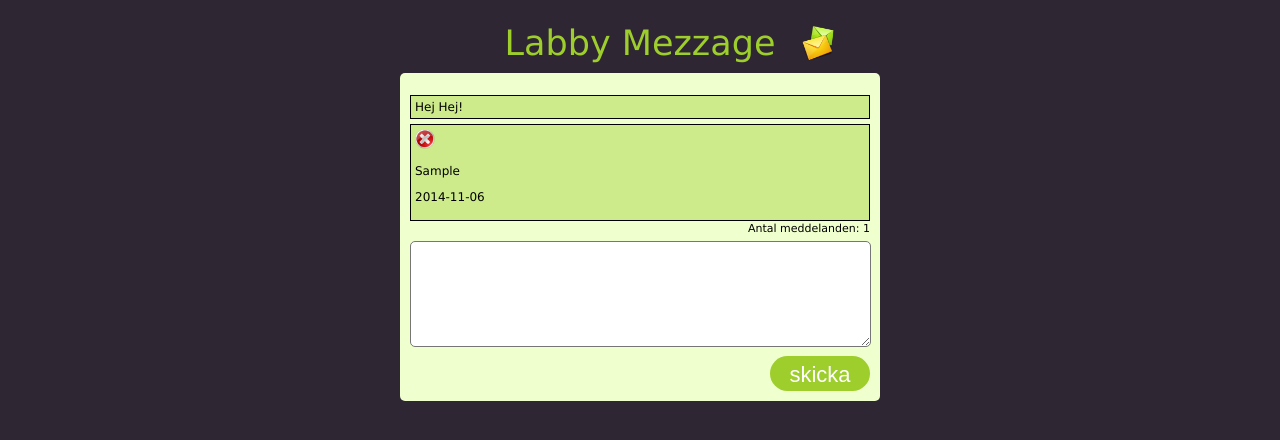
Repository: ad222kr/1dv403-laborationer
Page: 2-labbymezzage/index.html
The author's editor kept a record of every edit. The page is drawn from the files as they stood at one moment, then again after the next edit.
The browser window is 1280 px wide. The pictures show the whole page.
Empty fields were first filled with sample values (such as "Sample", 5 or name@example.com).
After loading, the first visible `#button` was clicked once.

Above is the page before.

### 2-labbymezzage/index.html
<!DOCTYPE HTML>
<html lang="sv">
    <head>
        <meta charset="UTF-8" />
        <title>Laboration 2 - Labby Mezzage!</title>
        <link rel="stylesheet" href="css/style.css" />
        <script src="js/Message.js"></script>
        <script src="js/MessageBoard.js"></script>

    </head>

    <body>
        <div id ="container">
            <header><h1>Labby Mezzage</h1></header>
            <div id="content">
                <div id="messages"><p class="message">Hej Hej!</p></div>

                <div id="numberofmess"><p>Antal meddelanden: 1</p></div>
                <form id="form">
                    <textarea id="textarea" name="textarea"></textarea>
                <button id="button" type="button">skicka</button>
                </form>





            </div>
        </div>

    </body>
</html>

### 2-labbymezzage/css/style.css
body{
    background-color: #2E2633; /* Ändra sen */
    font-family: Verdana, Helvetica;

}

h1{

    color:#9dce2c;
    font-size: 35px;
    font-weight: normal;
}
p{
    color: black;
}

header{
    background-image: url("pics/logo.png");
    background-size: 35px 35px;
    background-repeat: no-repeat;
    background-position: 90%;
    text-align: center;
    height: 40px;
    line-height: 40px;
    margin-bottom:10px;
}

#container{
    width: 480px;
    margin: 0px auto;
}

#content{
    background: #EFFFCD;
    border-color: #000000;
    padding: 10px;
    border-radius: 5px;
    -webkit-border-radius: 5px;
    -moz-border-radius: 5px;


}

#content textarea{
    width: 455px;
    height: 100px;
    -webkit-border-radius: 5px;
    -moz-border-radius: 5px;
    border-radius: 5px;
    margin-top:20px;
}

#button{
    border: 0px;
	background-color:#9dce2c;
	-webkit-border-top-left-radius:42px;
	-moz-border-radius-topleft:42px;
	border-top-left-radius:42px;
	-webkit-border-top-right-radius:42px;
	-moz-border-radius-topright:42px;
	border-top-right-radius:42px;
	-webkit-border-bottom-right-radius:42px;
	-moz-border-radius-bottomright:42px;
	border-bottom-right-radius:42px;
	-webkit-border-bottom-left-radius:42px;
	-moz-border-radius-bottomleft:42px;
	border-bottom-left-radius:42px;
	display:inline-block;
	color:#ffffff;
	font-size:22px;
	font-weight:normal;
	font-style:normal;
	height:35px;
	line-height:35px;
	width:100px;
	text-decoration:none;
	text-align:center;
	margin-left: 360px;
	margin-top: 5px;
}

#button:hover{
    background:-webkit-gradient( linear, left top, left bottom, color-stop(0.05, #8cb82b), color-stop(1, #9dce2c) );
	background:-moz-linear-gradient( center top, #8cb82b 5%, #9dce2c 100% );
	background-color:#8cb82b;
}

#button:active{
    position: relative;
    top: 1px;
}

#numberofmess{
    color: black;
    font-size: 11px;
    float: right;
    margin-bottom: -25px;
}

#messages{
    margin-bottom: -15px;
}

.message{
    margin-bottom: 5px;
    font-size: 12px;
    border: solid 1px;
    background: #cdeb8b;
    padding: 4px;
}

.delete{
    height: 20px;
    width: 20px;
}

### 2-labbymezzage/js/Message.js
"use strict";
function Message(message, date){


    this.getText = function(){
        return message;
    };
    this.setText = function(_text){
        message = _text;
    };
    this.getDate = function(){
        return date;
    };
    this.setDate = function(_date){
        date = _date;
    };
}

Message.prototype.getDateText = function(){
    // Hittade på http://stackoverflow.com/a/3067896

    var date = this.getDate();
    var year = date.getFullYear().toString();
    var month = (date.getMonth()+1).toString();
    var day  = date.getDate().toString();
    var dateText = year + "-" + (month.length === 2  ? month : "0" + month[0]) + "-" +(day.length === 2 ? day : "0" + day[0]);
    return dateText;

};
Message.prototype.toString = function(){
    return this.getText() +" (" + this.getDate() + " )";
};
Message.prototype.getHTMLtext = function(){
    var htmlText = this.getText();
    return htmlText.replace(/\n/g, "<br />");
};

### 2-labbymezzage/js/MessageBoard.js
"use strict";
var MessageBoard = {


    messages: [],

    init: function(){
        // Reference to button
        var button = document.getElementById("button");

        // Add eventhandlers
        button.addEventListener("click", MessageBoard.createMessage, false);
        button.addEventListener("click", MessageBoard.messageCount, false);
;
    },

    messageCount: function(){
        // Generates messagecounter
        var count = MessageBoard.messages.length;
        var div = document.getElementById("numberofmess");
        var text = document.createElement("p");

        div.innerHTML = "";
        text.innerHTML = "Antal meddelanden: " + count;
        div.appendChild(text);

    },

    createMessage: function(){
        // Creates messageobject from textareas value and date right now
        var input = document.getElementById("textarea").value;
        var mess = new Message(input, new Date());

        // Adds message to array and renders it
        MessageBoard.messages.push(mess);
        MessageBoard.renderMessage(MessageBoard.messages.length - 1);

        // Resets textarea
        document.getElementById("form").reset();
        return false;
    },

    renderMessage: function(messageID){
        // Reference to div that holds all messages
        var div = document.getElementById("messages");

        // Creating elements for message, text, time and delete/timestamp buttons
        var messageDiv = document.createElement("div");
        var text = document.createElement("p");
        var time = document.createElement("p");
        var a = document.createElement("a");
        var imgClose = document.createElement("img");
        imgClose.setAttribute("src", "img/Remove-icon.png");

        // Setting classnames and attributes
        messageDiv.className = "message";
        text.className = "msgtext";
        time.className = "timestamp";
        imgClose.className = "delete";
        a.setAttribute("href", "#");


        // Pushing elements to DOM
        div.appendChild(messageDiv);
        a.appendChild(imgClose);
        messageDiv.appendChild(a);
        messageDiv.appendChild(text);
        messageDiv.appendChild(time);

        // Rendering the message and time
        text.innerHTML = MessageBoard.messages[messageID].getHTMLtext();
        time.innerHTML = MessageBoard.messages[messageID].getDateText();

        // Eventhandler for deleting a message on mouseclick
        imgClose.alt="Close";
        imgClose.onclick = function () {
            MessageBoard.deleteMessage(messageID);
        };
    },

    renderMessages: function(){

        document.getElementById("messages").innerHTML ="";

        for(var i = 0; i < MessageBoard.messages.length; i++){
            MessageBoard.renderMessage(i);
        }
    },

    deleteMessage: function(messageID){
        console.log("hej");
    }
};

window.onload = MessageBoard.init;

After the next edit:
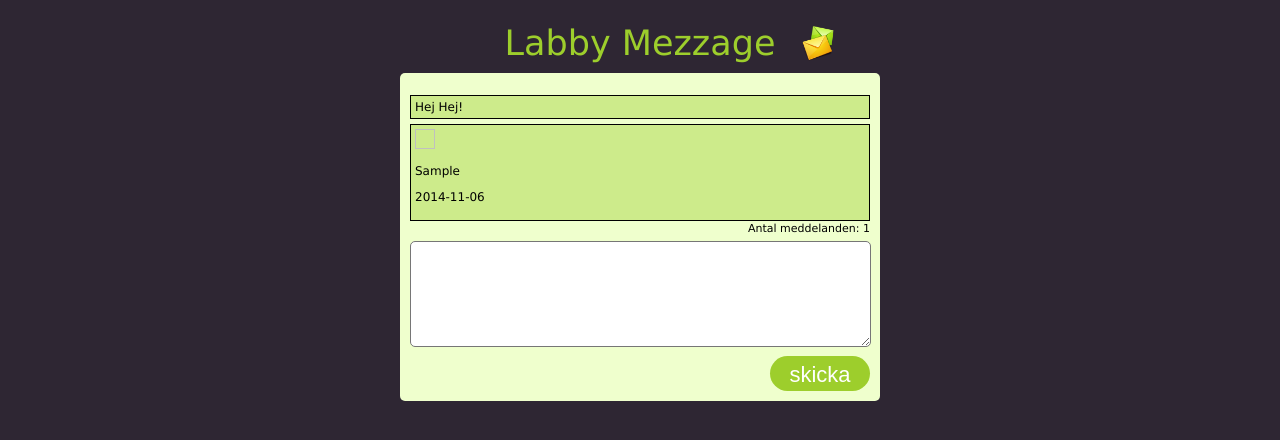
The edit:
--- a/2-labbymezzage/js/MessageBoard.js
+++ b/2-labbymezzage/js/MessageBoard.js
@@ -50,7 +50,7 @@ var MessageBoard = {
         var time = document.createElement("p");
         var a = document.createElement("a");
         var imgClose = document.createElement("img");
-        imgClose.setAttribute("src", "img/Remove-icon.png");
+
 
         // Setting classnames and attributes
         messageDiv.className = "message";

After the edit that followed:
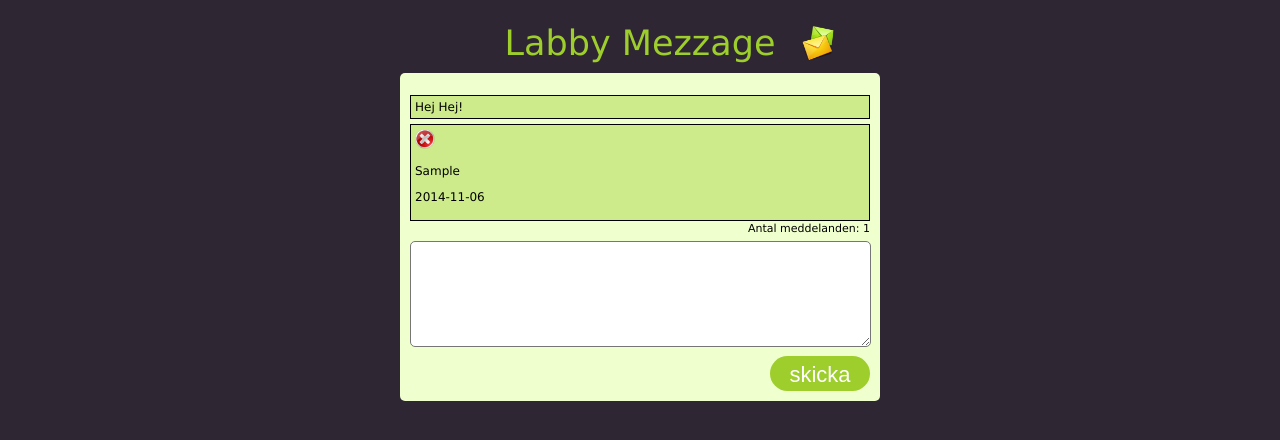
The edit:
--- a/2-labbymezzage/js/MessageBoard.js
+++ b/2-labbymezzage/js/MessageBoard.js
@@ -58,6 +58,7 @@ var MessageBoard = {
         time.className = "timestamp";
         imgClose.className = "delete";
         a.setAttribute("href", "#");
+        imgClose.setAttribute("src", "img/Remove-icon.png");
 
 
         // Pushing elements to DOM
